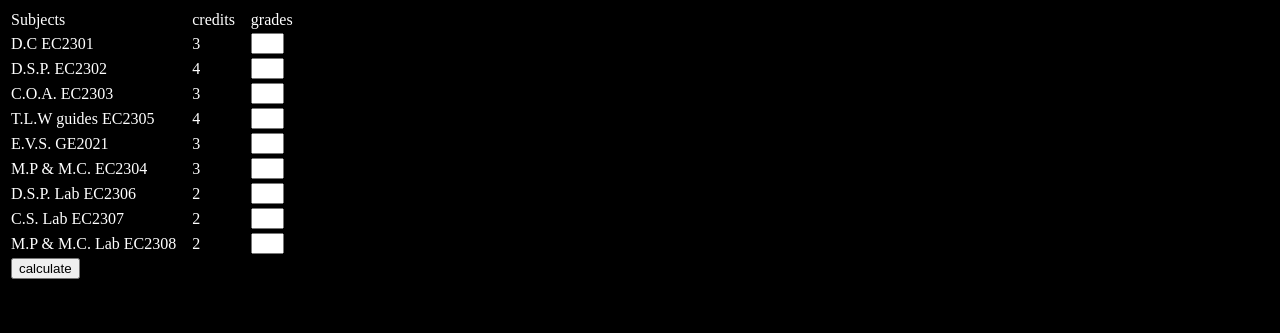
Repository: vigineshs/Mobile-Applications
Page: AnnaUniv GPA Calc/AnnaUniv GPA Calculator Updated/assets/www/ece08sem5.html
These files come from the project's save history. The page is drawn as it stood at one moment and after the next save; the edit follows.
The browser window is 1280 px wide. The pictures show the whole page.

Above is the page before, as saved 2012-05-08 11:32:34.

After the next save:
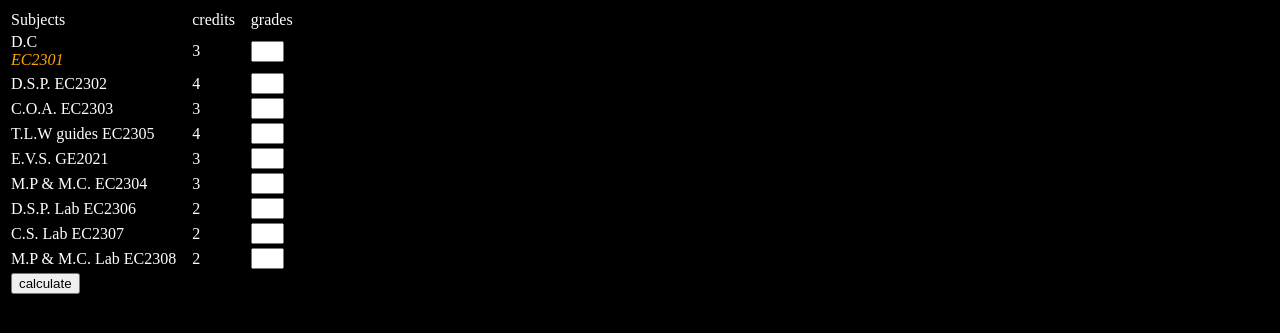
Saved 9 s later.
--- a/AnnaUniv GPA Calc/AnnaUniv GPA Calculator Updated/assets/www/ece08sem5.html
+++ b/AnnaUniv GPA Calc/AnnaUniv GPA Calculator Updated/assets/www/ece08sem5.html
@@ -214,7 +214,7 @@ window.alert(g);
 <tr><td>Subjects</td><td>&nbsp;&nbsp;&nbsp;credits</td><td>&nbsp;&nbsp;&nbsp;grades</td>
 <tr>
 <td>
-D.C EC2301</td><td>&nbsp;&nbsp;&nbsp;3</td> <td>&nbsp;&nbsp;&nbsp;<input type="text" size="1" name="t1" /></td></tr>
+D.C <br /><i style="color:orange">EC2301</td><td>&nbsp;&nbsp;&nbsp;3</td> <td>&nbsp;&nbsp;&nbsp;<input type="text" size="1" name="t1" /></td></tr>
 <tr><td>D.S.P. EC2302</td><td>&nbsp;&nbsp;&nbsp;4</td> <td>&nbsp;&nbsp;&nbsp;<input type="text" size="1" name="t2" /></td></tr>
 <tr><td>C.O.A. EC2303</td><td>&nbsp;&nbsp;&nbsp;3</td><td>&nbsp;&nbsp;&nbsp;<input type="text" size="1" name="t3" /></td></tr>
 <tr><td>T.L.W guides EC2305</td> <td>&nbsp;&nbsp;&nbsp;4</td><td>&nbsp;&nbsp;&nbsp;<input type="text" size="1" name="t4" /></td></tr>
